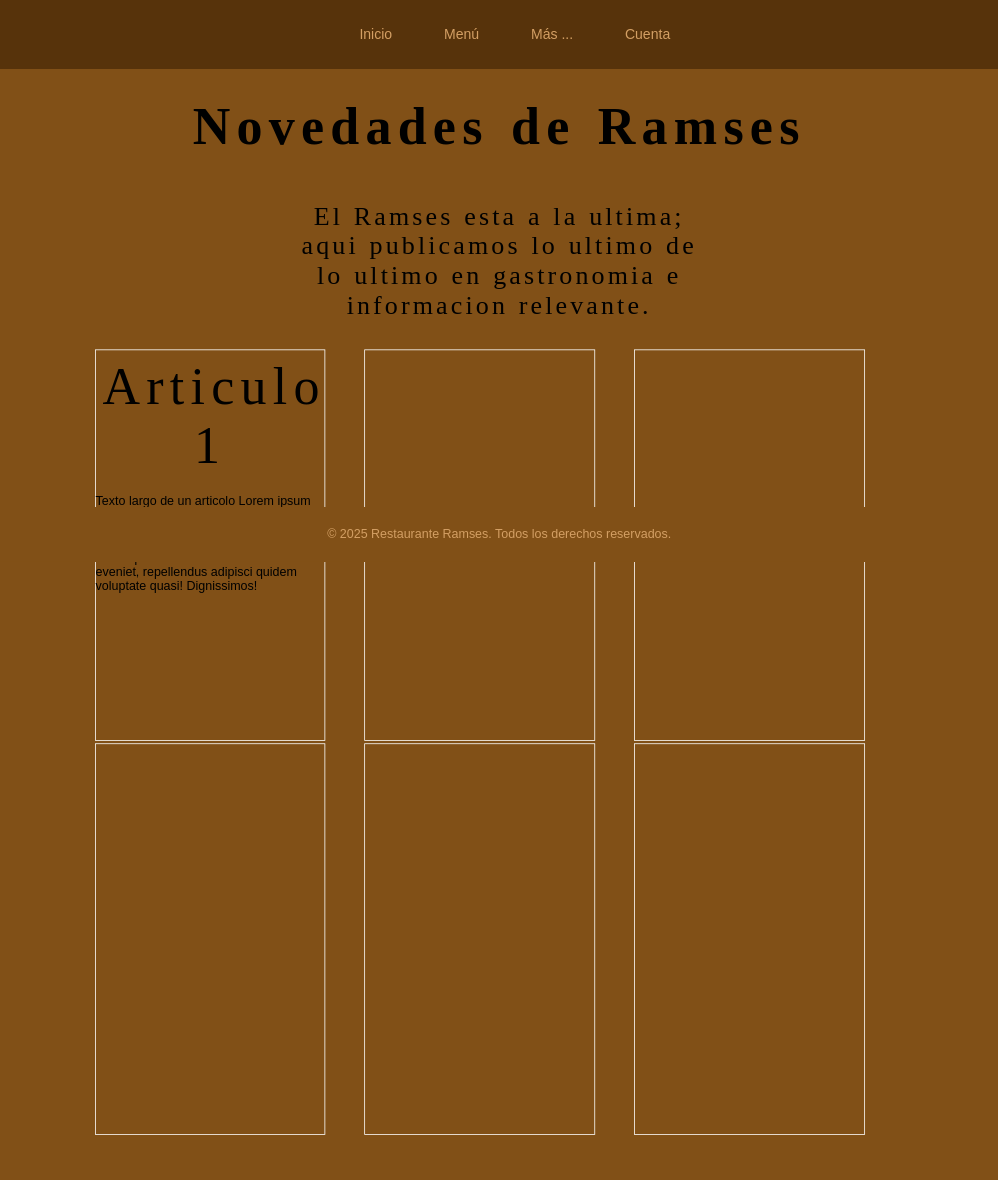
Repository: demoniers/demonIers.github.io
Page: web-lenguajes/src/noticias.html
These files come from the project's save history. The page is drawn as it stood at one moment and after the next save; the edit follows.
The browser window is 1280 px wide. The pictures show the whole page, at 78% of full size.
Some web fonts or font styles are not loaded; a fallback is used.

Above is the page before, as saved 2025-01-22 15:59:23.

### web-lenguajes/src/noticias.html
<!DOCTYPE html>
<html lang="es">

<head>
    <meta charset="UTF-8">
    <meta name="viewport" content="width=device-width, initial-scale=1.0">
    <link rel="stylesheet" href="../style/noticias.css">
    <title>Restaurante Ejemplo</title>
    <style>
    </style>
</head>

<body>
    <div class="header">
        <nav>
            <ul>
                <li><a href="../index.html">Inicio</a></li>
                <li><a>Menú</a></li>
                <li><a>Más ...</a>
                    <ul class="subitemul">
                        <li class="subitem"><a href="#">Novedades</a></li>
                    </ul>
                </li>
                <li>
                    <a href>Cuenta</a>
                    <ul class="subitemul">
                        <li class="subitem"><a href="./login.html">Iniciar sesion</a></li>
                        <li class="subitem"><a href="./singin.html">Registrarse</a></li>
                    </ul>
                </li>
            </ul>
        </nav>
    </div>
    <div class="container">
        <h1 class="titulo-centrado">Novedades de Ramses</h1>
        <p class="subtitulo">El Ramses esta a la ultima; aqui publicamos lo ultimo de lo ultimo en gastronomia e
            informacion relevante.</p>
        <div class="cont-noticias">
            <div class="noticia1">
                <p class="titulo-centrado">Articulo 1</p>
                <p class="text-articulo">Texto largo de un articolo Lorem ipsum dolor sit amet consectetur adipisicing
                    elit. Quas fugiat ratione excepturi architecto obcaecati tempore sed itaque aperiam facilis quam
                    modi deleniti exercitationem eveniet, repellendus adipisci quidem voluptate quasi! Dignissimos!</p>
            </div>
            <div class="noticia2"></div>
            <div class="noticia3"></div>
            <div class="noticia1"></div>
            <div class="noticia2"></div>
            <div class="noticia3"></div>
        </div>
    </div>
    <div class="footer">
        <p>&copy; 2025 Restaurante Ramses. Todos los derechos reservados.</p>
    </div>
</body>

</html>

### web-lenguajes/style/noticias.css
body {
    margin: 0;
    font-family: Arial, sans-serif;
    display: flex;
    flex-direction: column;
    align-items: center;
    background-color: #815017;
}

@font-face {
    font-family: "Overcooked";
    src: url("https://db.onlinewebfonts.com/t/4d9ee5a678d899047a987f0408b4b052.eot");
    src: url("https://db.onlinewebfonts.com/t/4d9ee5a678d899047a987f0408b4b052.eot?#iefix")format("embedded-opentype"),
    url("https://db.onlinewebfonts.com/t/4d9ee5a678d899047a987f0408b4b052.woff2")format("woff2"),
    url("https://db.onlinewebfonts.com/t/4d9ee5a678d899047a987f0408b4b052.woff")format("woff"),
    url("https://db.onlinewebfonts.com/t/4d9ee5a678d899047a987f0408b4b052.ttf")format("truetype"),
    url("https://db.onlinewebfonts.com/t/4d9ee5a678d899047a987f0408b4b052.svg#Overcooked")format("svg");
}
.titulo-centrado {
    font-family: "Overcooked";
    text-align: center;
    word-spacing: 4px;
    letter-spacing: 8px;
    font-size: 50pt;
}
.subtitulo {
    font-family: "Overcooked";
    text-align: center;
    word-spacing: 1.5px;
    letter-spacing: 4px;
    font-size: 25pt;
    width: 45%;
}

/* menu superior */
.header {
    position: fixed;
    top: 0;
    width: 100%;
    background-color: #57330b;
    color: #d39f64;
    text-align: center;
    padding: 10px 0;
    z-index: 1000;
}

.header nav a {
    margin: 0 15px;
    text-decoration: none;
    font-size: 18px;
}

.header nav ul li {
    display: inline-block;
    position: relative;
}

nav ul li a {
    display: block;
    padding: 8px 16px;
    text-decoration: none;
    color: #d39f64;
}

nav ul li ul {
    display: none;
    position: absolute;
    top: 100%;
    left: 0;
    box-shadow: 0px 4px 8px rgba(0, 0, 0, 0.3);
}

nav ul li:hover ul {
    display: block;
}
.subitemul {
    text-align: center;
    background-color:#6b43159c;
}
.subitemul:hover {
    background-color: #d39f646c;
    color: #6b4315;
}

/*###############################################################################*/

.container {
    margin: 5%;
    padding: 2%;
    width: 90%;
    height: 1000px;
}
.titulo-centrado {
    padding: 3%;
    margin: auto;
}
.subtitulo {
    margin: auto;
    padding-top: 2%;
}
.cont-noticias {
    display: grid;
    grid-template-columns: 3fr 3fr 3fr;
    width: 90%;
    padding-left: 5%;
    margin-top: 3%;
    padding-bottom: 5%;
}
.noticia1 {
    width: 85%;
    grid-column: 1;
    height: 500px;
    border: solid white 1px;
    margin-top: 1%;
}
.noticia2 {
    width: 85%;
    grid-column: 2;
    height: 500px;
    border: solid white 1px;
    margin-top: 1%;
}
.noticia3 {
    width: 85%;
    grid-column: 3;
    height: 500px;
    border: solid white 1px;
    margin-top: 1%;
}

.footer {
    background-color: #815017;
    color: #d39f64;
    text-align: center;
    height: 50px;
    padding: 10px;
    position: fixed;
    bottom: 0;
    width: 100%;
}

After the next save:
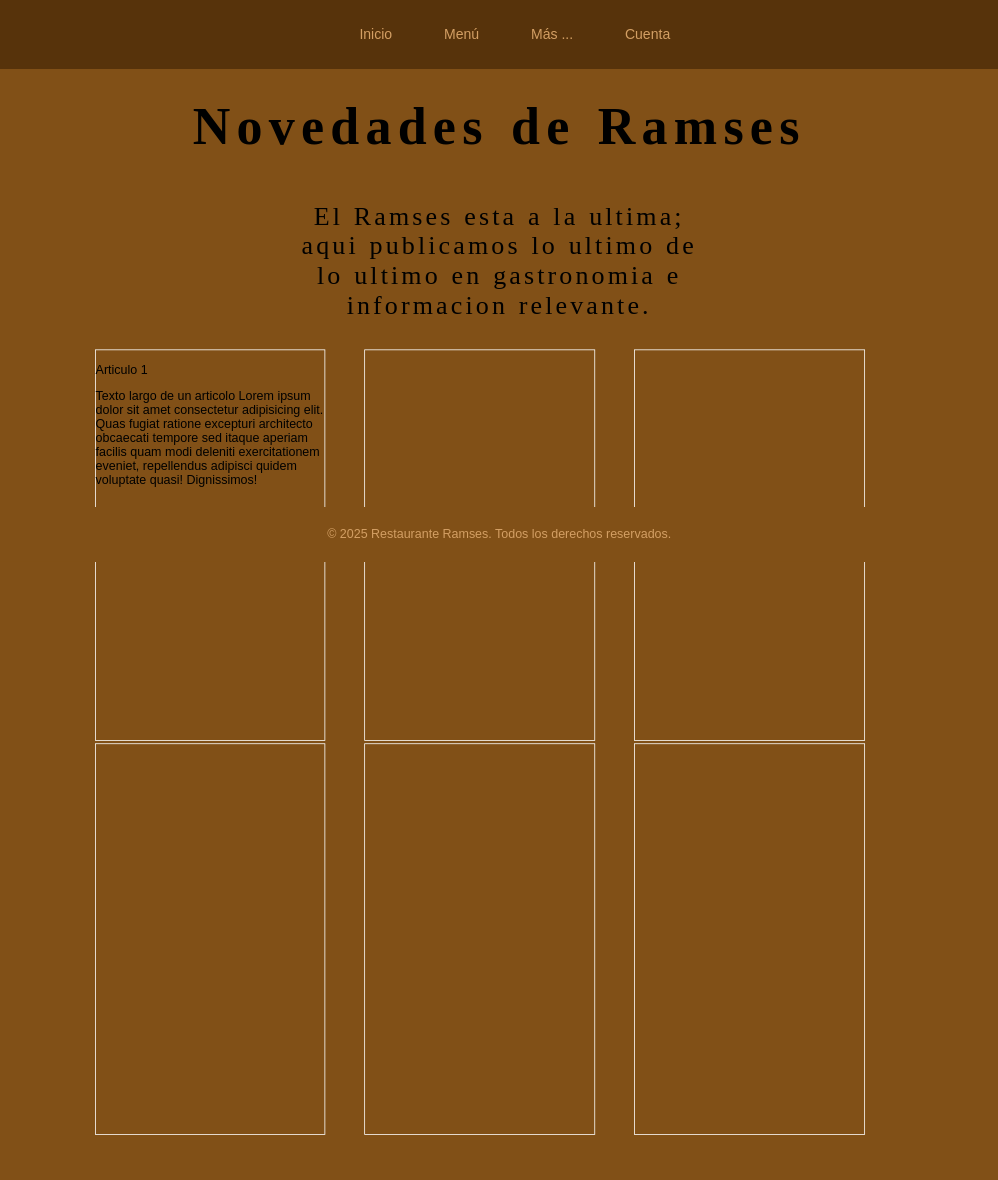
Saved 32 s later.
--- a/web-lenguajes/src/noticias.html
+++ b/web-lenguajes/src/noticias.html
@@ -37,7 +37,7 @@
             informacion relevante.</p>
         <div class="cont-noticias">
             <div class="noticia1">
-                <p class="titulo-centrado">Articulo 1</p>
+                <p class="titulo-articulo">Articulo 1</p>
                 <p class="text-articulo">Texto largo de un articolo Lorem ipsum dolor sit amet consectetur adipisicing
                     elit. Quas fugiat ratione excepturi architecto obcaecati tempore sed itaque aperiam facilis quam
                     modi deleniti exercitationem eveniet, repellendus adipisci quidem voluptate quasi! Dignissimos!</p>
